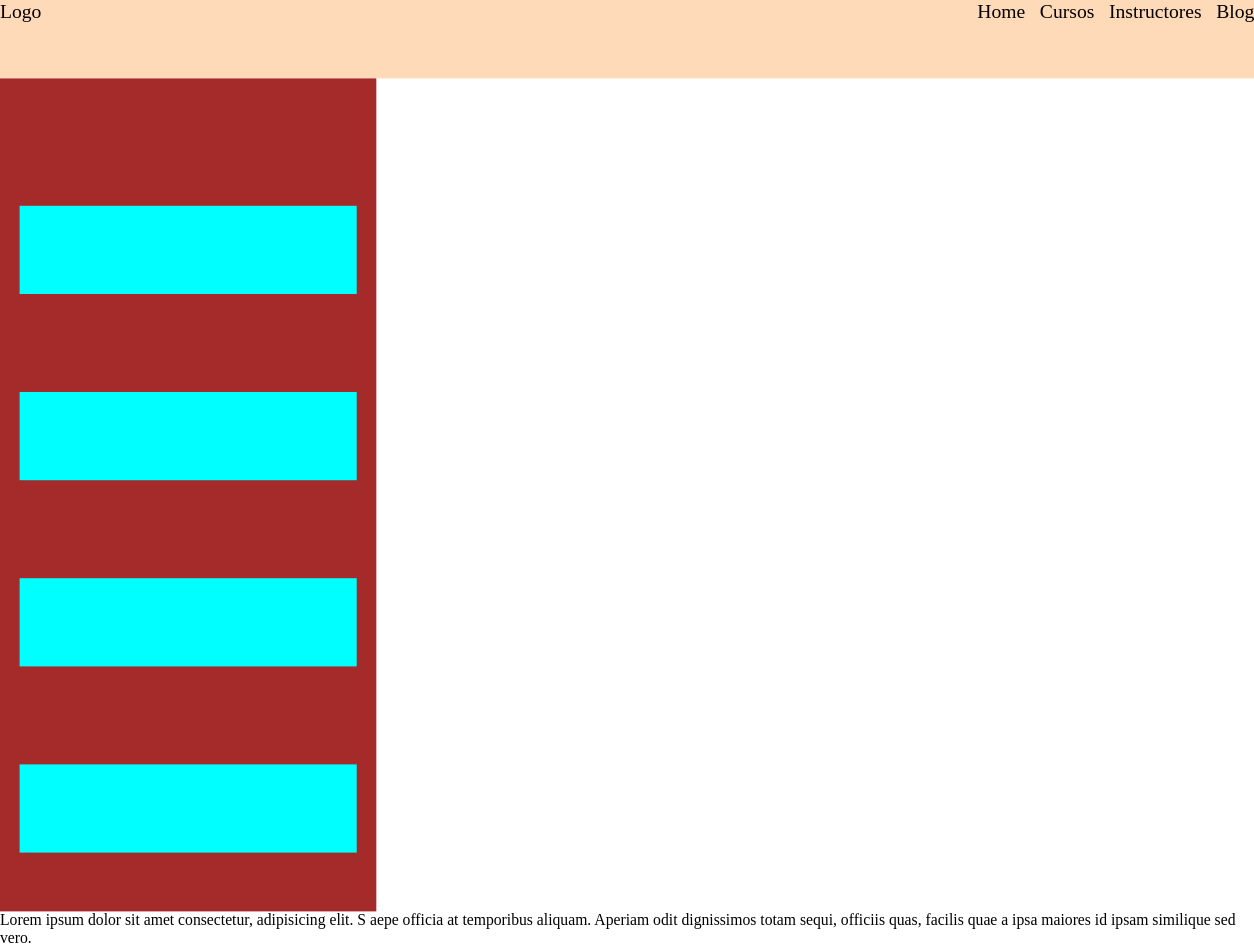
Repository: Daniel009980/daniel0099980
Page: desafiolayout1/index.html
These files come from the project's save history. The page is drawn as it stood at one moment and after the next save; the edit follows.
The browser window is 1280 px wide. The pictures show the whole page, at 98% of full size.

Above is the page before, as saved 2022-09-21 19:56:37.

After the next save:
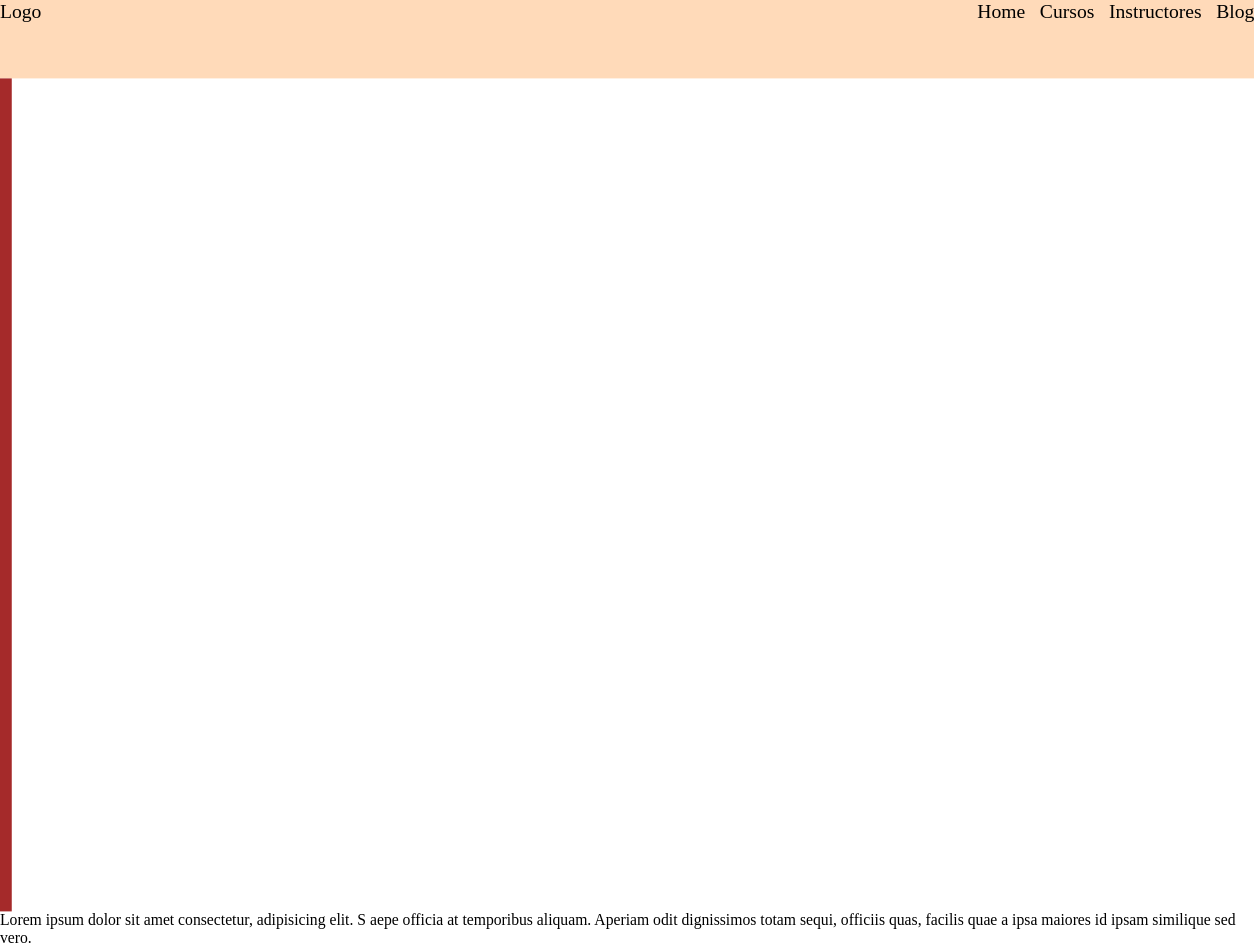
Saved 30 s later.
--- a/desafiolayout1/style.css
+++ b/desafiolayout1/style.css
@@ -29,6 +29,9 @@
     /* text-align: right; */
 }
 
+section{
+    display: inline-flex;
+}
 .ad{
     width: 30%;
     background-color: brown;
